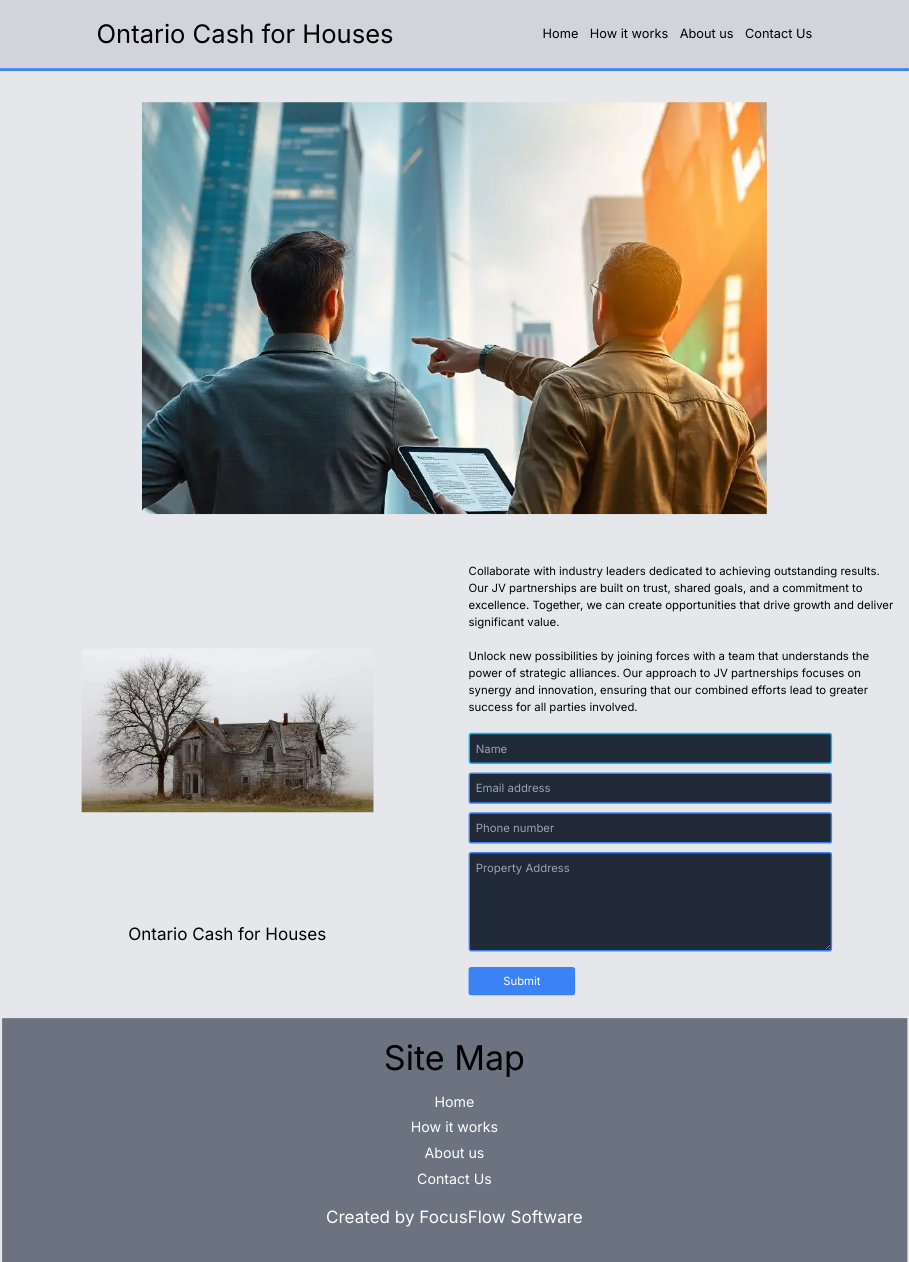
Repository: TMuse333/cash-for-homes
Page: /jv-partners (app in frontend/)
These files come from the project's save history. The page is drawn as it stood at one moment and after a run of saves; the edit follows.
The browser window is 1280 px wide. The pictures show the whole page, at 71% of full size.
The project was rebuilt for these pictures with package versions that can differ from the ones it lists, and the page was loaded fresh each time. The framework's server and built-in components were replaced by stand-ins that run in the browser. Also part of the build but not shown: frontend/next.config.mjs.

Above is the page before, as saved 2024-09-04 14:12:41.

### frontend/src/app/layout.tsx

import { AppProvider } from "@/context/context";
import type { Metadata } from "next";
import { Inter } from "next/font/google";
import "./globals.css";

const inter = Inter({ subsets: ["latin"] });

export const metadata: Metadata = {
  title: "Ontario Cash For Houses",
  description: "We Buy Houses in ANY Condition. And We Can Close In LESS Than 7-30 Days From Today",
};

export default function RootLayout({
  children,
}: Readonly<{
  children: React.ReactNode;
}>) {
  return (



    <html lang="en">
<AppProvider>


      <body className={inter.className}>{children}</body>
      </AppProvider>
    </html>

  );
}

### frontend/src/app/jv-partners/page.tsx
"use client"
import ContactForm from "@/components/contactForm"
import Navbar from "@/components/navbar"
import React from "react"
import { accordionProps, jvParallaxContent } from "@/data/data"
import { TextParallaxContentExample } from "@/components/parallaxText"
import Footer from "@/components/footer"
import Accordion from "@/components/accordion"
import Content2 from "@/components/content2"
import jv from '../../public/jv-partners.webp'
const Partners = () => {

    const links = [
        {
            name:'Home',
            destination:'/',
            hasScroll:false
          },
        {
          name:'How it works',
          destination:'process',
          hasScroll:false
        },

        {
          name:'About us',
          destination:'about',
          hasScroll:false
        },
        {
          name:'Contact Us',
          destination:'contact'
        }
      ]

    return <>
    <Navbar links={links}
    />
    <main className="w-screen
    mt-[8rem] bg-gray-200">

      <Content2
      image={jv}
      />
        {/* <TextParallaxContentExample
        {...jvParallaxContent}
        /> */}

        <ContactForm/>



        <Footer
        links={links}/>


    </main>
    </>
}


export default Partners

### frontend/src/context/context.tsx
"use client"
import React, { createContext, useState, useContext, ReactNode, useEffect } from 'react';

interface AppContextType {

  isMobile:boolean,
  setIsMobile:React.Dispatch<React.SetStateAction<boolean>>
  textYPosition:number
  setTextYPosition:React.Dispatch<React.SetStateAction<number>>
  applicationFormState: Record<string, string>;
  setApplicationFormState: React.Dispatch<React.SetStateAction<Record<string, string>>>;
  loggedIn:boolean,
  setLoggedIn:React.Dispatch<React.SetStateAction<boolean>>
}

// Create the context
export const AppContext = createContext<AppContextType | undefined>(undefined);

// Create a provider component
export const AppProvider: React.FC<{ children: ReactNode }> = ({ children }) => {
  // Initialize state for login and user status


  const [isMobile, setIsMobile] = useState(false)
  const [applicationFormState, setApplicationFormState] = useState<Record<string, string>>({});
  const [loggedIn, setLoggedIn] = useState(false)


  useEffect(()=>{
    const handleScroll = () => {
      setIsMobile(window.innerWidth <= 655)
    }
    window.addEventListener('scroll',handleScroll)

    handleScroll()

    return () => {
      window.removeEventListener('scroll',handleScroll)
    }
  },[])


  const [textYPosition, setTextYPosition] = useState(0)

   const contextValue = {
    isMobile,
    setIsMobile,
    textYPosition,
    setTextYPosition,
    applicationFormState,
    setApplicationFormState,
    loggedIn, setLoggedIn
   }


  return <AppContext.Provider value={contextValue}>{children}</AppContext.Provider>;
};

// Custom hook to use context
export const useAppContext = (): AppContextType => {
  const context = useContext(AppContext);
  if (!context) {
    throw new Error('useAppContext must be used within an AppProvider');
  }
  return context;
};

### frontend/src/app/globals.css
@tailwind base;
@tailwind components;
@tailwind utilities;

:root {
  --foreground-rgb: 0, 0, 0;
  --background-start-rgb: 214, 219, 220;
  --background-end-rgb: 255, 255, 255;
  background-color: #e5e7eb;

}

@media (prefers-color-scheme: dark) {
  :root {
    --foreground-rgb: 255, 255, 255;
    --background-start-rgb: 0, 0, 0;
    --background-end-rgb: 0, 0, 0;
  }

}



body {
  color: rgb(var(--foreground-rgb));
  background: linear-gradient(
      to bottom,
      transparent,
      rgb(var(--background-end-rgb))
    )
    rgb(var(--background-start-rgb));



}

@layer utilities {
  .text-balance {
    text-wrap: balance;
  }
}

### frontend/src/components/contactForm.tsx


// Assuming you're using TypeScript, ensure the imports and types are correct
import React, { useState, ChangeEvent, FormEvent } from 'react';
import Image from 'next/image';
import { motion } from 'framer-motion';
import logo from '../../public/abandoned-home.webp';
import axios from 'axios';
import logo2 from '../../public/gemeni-canadian.jpg'

const ContactForm = () => {
    const [formData, setFormData] = useState({
        name: '',
        email: '',
        phone:'',
        projectDetails: '',
    });

    const [error, setError] = useState<string | null>(null);
    const [success, setSuccess] = useState<string | null>(null);


    const handleChange = (e: ChangeEvent<HTMLInputElement | HTMLTextAreaElement>) => {
        const { name, value } = e.target;
        setFormData({
            ...formData,
            [name]: value,
        });
    };

    const handleSubmit = async (e: React.FormEvent) => {
        e.preventDefault();

        try {
            const response = await axios.post('/api/sendEmail', {
                name: formData.name,
                email: formData.email,
                phone: formData.phone,
                projectDetails: formData.projectDetails,
            });
            console.log(response.data);
            alert('Form submitted successfully!');
            setFormData({ name: '', email: '', phone: '', projectDetails: '' });
        } catch (error) {
            console.error('Error submitting form:', error);
            alert('Failed to submit form.');
        }
    };


    const tenets = [
        'Creativity',
        'Speed',
        'Discipline',
        'Tenacity',
    ];

    return (
        <section className='flex overflow-x-hidden justify-center items-center bg-gray-200
        text-black mb-8 max-w-[1300px] mx-auto'>
            <div className='hidden sm:block sm:w-[50vw] ml-auto mr-auto flex flex-col items-start
            self-start
            '>
                <Image
                    src={logo}
                    alt="Jv Partner home"
                    className='w-[45vw] ml-auto mr-auto
                     max-w-[411px] object-contain
                     h-[40vw] mb-auto'
                />
                {/* <ul className='text-center'>
                    {tenets.map((tenet, index) => (
                        <motion.li
                            key={index}
                            initial={{
                                opacity: 0,
                                x: index % 2 === 0 ? 100 : -100,
                            }}
                            animate={{
                                opacity: 1,
                                x: 0,
                                transition: {
                                    delay: index * 0.4,
                                },
                            }}
                            className='text-white mb-1'
                        >
                            {tenet}
                        </motion.li>
                    ))}
                    <motion.li
                        initial={{ opacity: 0 }}
                        animate={{
                            opacity: 1,
                            transition: { delay: tenets.length * 0.4 },
                        }}
                        className='text-2xl text-[#00bfff]'
                    >
                        We will get it done
                    </motion.li>
                </ul> */}
                <p className='ml-auto mr-auto mt-4
                text-center text-lg sm:text-2xl'>Ontario Cash for Houses</p>
            </div>
            <div className='w-[90vw] ml-auto mr-auto sm:w-[50vw]'>
                <Image
                    src={logo2}
                    alt="Cash for houses"
                    className='w-[90vw] object-cover ml-auto mr-auto sm:hidden
                    max-h-[590px]
                    max-w-[445px]'
                />
                <section className='w-[90%] sm:w-auto mt-5 mr-auto max-w-[600px]
                md:mx-auto '>
                    <p>
                    Collaborate with industry leaders dedicated to achieving outstanding results. Our JV partnerships are built on trust, shared goals, and a commitment to excellence. Together, we can create opportunities that drive growth and deliver significant value.
                    </p>
                    <br />
                    <p>
                    Unlock new possibilities by joining forces with a team that understands the power of strategic alliances. Our approach to JV partnerships focuses on synergy and innovation, ensuring that our combined efforts lead to greater success for all parties involved.
                    </p>

                <form onSubmit={handleSubmit} className='w-[90vw] mt-5 ml-auto mr-auto flex flex-col justify-center items-center'>
                    <label className='mb-2 w-[90vw] max-w-[600px] mr-auto'>
                        <input
                            type='text'
                            name='name'
                            value={formData.name}
                            onChange={handleChange}
                            className='border-2 w-full sm:w-[40vw] ml-auto mr-auto border-[#00bfff] p-2 rounded mt-1 bg-gray-800
                            max-w-[600px] md:mr-auto'
                            required
                            placeholder='Name'
                        />
                    </label>
                    <label className='mb-2 w-[90vw] sm:w-[40vw] mr-auto max-w-[600px] mr-auto max-w-[600px] mr-auto'>
                        <input
                            type='email'
                            name='email'
                            value={formData.email}
                            onChange={handleChange}
                            className='border-2 w-full mr-auto border-blue-500 p-2 rounded mt-1 bg-gray-800
                            max-w-[600px] mx-auto md:mr-auto'
                            required
                            placeholder='Email address'
                        />
                    </label>
                    <label className='mb-2 w-[90vw] max-w-[600px] mr-auto'>
                        <input
                            type='text'
                            name='phone'
                            value={formData.phone}
                            onChange={handleChange}
                            className='border-2 w-full sm:w-[40vw] ml-auto mr-auto border-blue-500 p-2 rounded mt-1 bg-gray-800
                            max-w-[600px] mr-auto'
                            required
                            placeholder='Phone number'
                        />
                    </label>
                    <label className='w-full sm:w-[40vw] mr-auto max-w-[600px] mr-auto'>
                        <textarea
                            name='projectDetails'
                            value={formData.projectDetails}
                            onChange={handleChange}
                            className='border-2 w-full border-blue-500 p-2 rounded mt-1 bg-gray-800'
                            rows={5}
                            required
                            placeholder='Property Address'
                        />
                    </label>
                    {/* <p className='w-[90%] sm:w-[45vw] mt-4 mr-auto'>
                        The laws of physics state that for every action, there is an equal and opposite reaction.
                        <br /> Use this law to create the reality you desire.
                    </p> */}
                    <button
                        type='submit'
                        className='bg-blue-500 w-[150px] mr-auto text-white p-2 rounded mt-4 hover:bg-green-500 sm:ml-0
                        transition-colors'
                    >
                        Submit
                    </button>
                </form>
                </section>
            </div>
        </section>
    );
};

export default ContactForm;

### frontend/src/components/navbar.tsx

"use client"
import React, { useState } from "react";
import Link from 'next/link'

interface NavbarProps {
    links: {
        name: string,
        destination: string
    }[]
    relative?:boolean
}

const Navbar: React.FC<NavbarProps> = ({ links,relative }) => {
    const [subMenuClicked, setSubMenuClicked] = useState(false);

    function handleSubmenuClick() {
        setSubMenuClicked(!subMenuClicked);
    }

    return (
        <nav className={` top-0 z-20 w-screen left-0 bg-gray-300 h-[100px]
         flex justify-between items-center border-b-4 border-blue-500 text-gray-500
          z-[100] text-black ${relative ? 'relative' : 'fixed'}`}>
            <div className="relative flex justify-between
             items-center  w-screen lg:w-[80vw] max-w-[1300px] lg:justify-between lg:items-stretch
            z-[100]  ml-auto mr-auto">
                <Link href='/'>


                <p className="ml-2 text-sm mt-auto mb-auto  lg:text-4xl mr-auto lg:mr-0 pl-6 lg:pl-0 text-black
                ">Ontario Cash for Houses</p>
                </Link>
                <div
                    className={`absolute right-[5%] top-1/2 flex flex-col justify-center items-center lg:relative lg:top-auto lg:right-auto`}
                    onClick={handleSubmenuClick}
                >
                    <div className="   lg:hidden w-[140px] lg:w-auto flex flex-col justify-center items-center">
                        <div className="h-[3px] bg-gray-500 w-[20px] mb-1" />
                        <div className="h-[3px] bg-gray-500 w-[20px] mb-1" />
                        <div className="h-[3px] bg-gray-500 w-[20px]" />
                    </div>
                    <ul
                        className={`text-left bg-gray-200 fixed right-[5%] top-[70px] overflow-hidden
                         transition-[height] flex flex-col items-center text-white

                          justify-center rounded-lg w-[140px]
                           lg:bg-transparent lg:w-auto lg:relative lg:overflow-auto
                           lg:top-auto lg:right-auto lg:flex-row
                           text-center
                            ${subMenuClicked ? `h-[175px] p-0
                            border-l-4
                         border-b-4 border-r-4 border-gray-500` : 'h-[0px] p-0 lg:h-auto'}
                         lg:border lg:border-none`}
                    >
                        {links.map((link, index) => (
                            <Link key={index} href={link.destination}>
                                <li className="text-md lg:text-lg mb-2
                                 pl-2 pr-2 lg:mb-0 text-black
                                 hover:text-blue-500 ">{link.name}</li>
                            </Link>
                        ))}
                    </ul>
                </div>
            </div>
        </nav>
    );
};

export default Navbar;

### frontend/src/components/footer.tsx
import React, {useEffect, useState} from 'react';
import Link from 'next/link';
import { motion, useMotionTemplate, useMotionValue,
    animate } from "framer-motion";
// import ScrollButton from './scrollButton';


interface links {
    links:{
        name:string,
        destination:string,
        hasScroll?:boolean
    }[]


}

// interface FooterLink {
//     title: string;
//     links: Link[];
// }

// interface FooterProps {
//     links: FooterLink[];
// }

const colors = [
    "#0080ff", // Slightly darker shade of blue
    "#00ccff", // Lighter shade of blue
    "#7f5af0", // Slight purple shade
    "#d8a5ff", // Lighter shade of the slight purple
  ];


const Footer:React.FC<links> = ({links}) => {

    const color = useMotionValue(colors[0])

    // const pColor = useMotionTemplate`${color}`

    const backgroundColor = useMotionTemplate`${color}`

    const boxShadow = useMotionTemplate`0px 4px 24px ${color}`

    const [hovered, setHovered] = useState(false)

    const handleMouseEnter = () => {
        setHovered(true)
    }

    const handleMouseLeave = () => {
        setHovered(false)
    }

            useEffect(()=> {
                animate(color, colors, {
                    ease: 'easeInOut',
                    duration:10,
                    repeat:Infinity,
                    repeatType: 'mirror'

               })
            },[])


  return (
    <>
    <footer className='w-[calc(100vw-5px)]
      relative
  pb-12
      ml-auto mr-auto
      text-center
     bg-gray-500
    '>
      <div className="
      pt-8
      w-[screen] md:w-[50vw] max-w-[700px] ml-auto mr-auto flex flex-col
       ">
        <h2 className='
        text-4xl sm:text-5xl
        mb-4   white font-caveat'>
            Site Map
        </h2>


        {links.map((link,index) => (
             <React.Fragment
             key={index}>



                <Link key={index}
                href={link.destination}
                passHref>
                     <p className='mt-2 text-white hover:text-[#00bfff] md:text-xl hover:text-gold
                '>{link.name}</p>
                </Link>



</React.Fragment>


        ))}






      </div>

      <section className='flex flex-col
       items-center justify-center
     '>

<Link href='https://www.focusflowsoftware.com'>
<p className='mt-6
      sm:text-2xl text-white
      hover:text-[#00bfff]'>Created by FocusFlow Software</p>
</Link>

      {/* <Link
            to='https://q3designs.netlify.app'
            >
                <motion.p
                onMouseEnter={handleMouseEnter}
                onMouseLeave={handleMouseLeave}

                style={{
                    boxShadow: hovered ? boxShadow : "none",
                    backgroundColor: hovered ? 'white' : "transparent",
                    color:backgroundColor,
                }}
                className='w-[200px] ml-auto mr-auto mb-5 mt-5 p-3 rounded-xl
                '   >
                Created by Q3 Designs
                </motion.p>

            </Link> */}
            </section>
    </footer>

    </>
  );
};

export default Footer;

### frontend/src/components/content2.tsx
import { StaticImageData } from "next/image";
import React from "react";
import Image from 'next/image'



interface Content2Props {
    title:string,
    image:StaticImageData,
    alt:string,
    description:string
    bg?:string
}



const Content2:React.FC<Content2Props> = (
    {title, image, alt, description,bg}
) => {



    return (
        <section className={`w-screen overflow-x-hidden ${bg ? `${bg}` : ''}
        bg-gradient-to-ttr from-blue-400 via-blue-200 to-blue-100
        mb-[2rem]`
        }>
            <p className="text-4xl mt-4 mb-4 text-center text-black

            ">
                {title}
            </p>
            <Image className='ml-auto mr-auto h-[60vw]
            w-[80vw] object-cover max-h-[580px] max-w-[880px]'
            src={image}
            alt={alt}/>

            <p className="mt-4 mb-4 text-black w-[90vw] ml-auto mr-auto
            sm:text-lg
            max-w-[1000px]">{description}</p>





        </section>
    )
}

export default Content2

Loaded but not shown: frontend/tailwind.config.ts (common file)

After the next 2 saves:
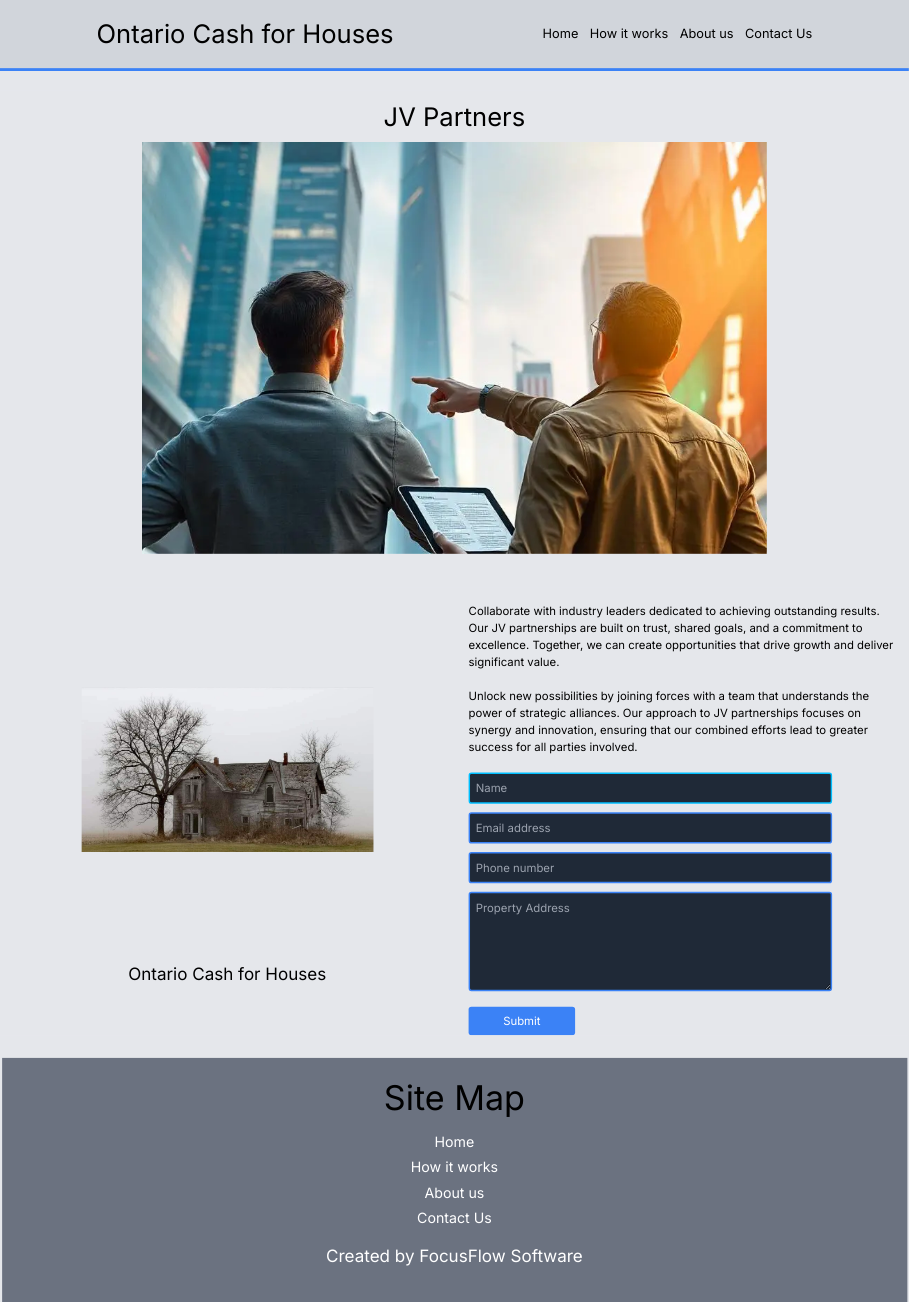
The 2 saves are shown as one change because 1 did not build or start.
The last was saved 14 s later.
--- a/frontend/src/app/jv-partners/page.tsx
+++ b/frontend/src/app/jv-partners/page.tsx
@@ -41,6 +41,7 @@ const Partners = () => {
 
       <Content2
       image={jv}
+      title='JV Partners'
       />
         {/* <TextParallaxContentExample
         {...jvParallaxContent}
